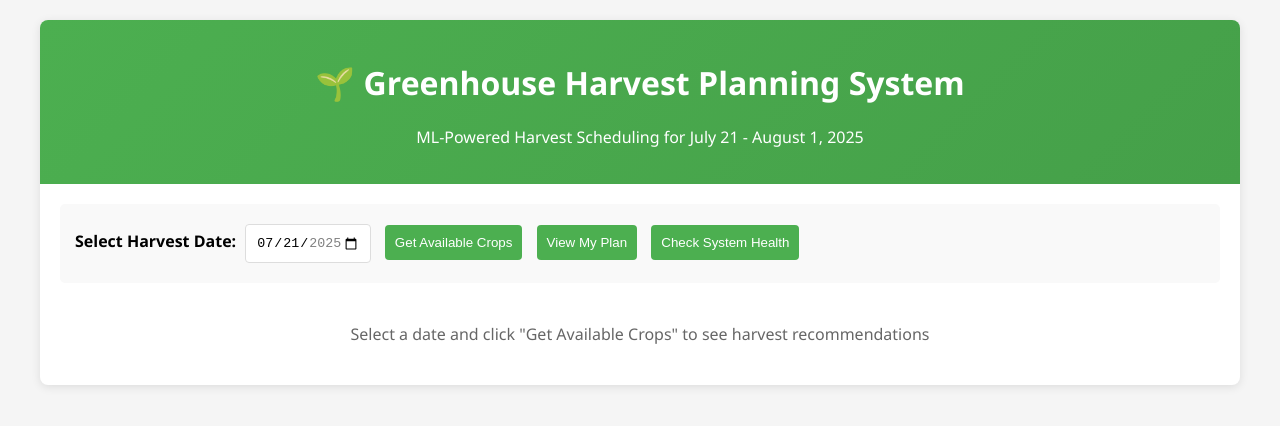
Repository: ishangupta3/GreenhouseHarvestStudy-Ishan-Gupta
Page: templates/index.html
An editor plug-in stored every save of this project. The page is shown before and after the next save, followed by the edit.
The browser window is 1280 px wide. The pictures show the whole page.

Above is the page before, as saved 2025-07-23 12:51:06.

### templates/index.html
<!DOCTYPE html>
<html lang="en">
<head>
    <meta charset="UTF-8">
    <meta name="viewport" content="width=device-width, initial-scale=1.0">
    <title>Greenhouse Harvest Planning System</title>
    <style>
        body {
            font-family: 'Segoe UI', Tahoma, Geneva, Verdana, sans-serif;
            margin: 0;
            padding: 20px;
            background-color: #f5f5f5;
        }
        .container {
            max-width: 1200px;
            margin: 0 auto;
            background: white;
            border-radius: 8px;
            box-shadow: 0 2px 10px rgba(0,0,0,0.1);
            overflow: hidden;
        }
        .header {
            background: linear-gradient(135deg, #4CAF50, #45a049);
            color: white;
            padding: 20px;
            text-align: center;
        }
        .content {
            padding: 20px;
        }
        .date-selector {
            margin-bottom: 20px;
            padding: 15px;
            background: #f9f9f9;
            border-radius: 5px;
        }
        .date-selector input, .date-selector button {
            padding: 10px;
            margin: 5px;
            border: 1px solid #ddd;
            border-radius: 4px;
        }
        .date-selector button {
            background: #4CAF50;
            color: white;
            border: none;
            cursor: pointer;
        }
        .date-selector button:hover {
            background: #45a049;
        }
        .crop-section {
            margin-bottom: 20px;
            border: 1px solid #ddd;
            border-radius: 5px;
            overflow: hidden;
        }
        .crop-header {
            background: #4CAF50;
            color: white;
            padding: 10px 15px;
            font-weight: bold;
        }
        .crop-content {
            padding: 15px;
        }
        .crop-grid {
            display: grid;
            grid-template-columns: repeat(auto-fill, minmax(300px, 1fr));
            gap: 10px;
        }
        .crop-item {
            background: #f9f9f9;
            padding: 10px;
            border-radius: 4px;
            border-left: 4px solid #4CAF50;
        }
        .crop-item h4 {
            margin: 0 0 5px 0;
            color: #333;
        }
        .crop-item p {
            margin: 2px 0;
            color: #666;
            font-size: 14px;
        }
        .summary {
            background: #e8f5e8;
            padding: 15px;
            border-radius: 5px;
            margin-bottom: 20px;
        }
        .summary h3 {
            margin-top: 0;
            color: #2e7d32;
        }
        .loading {
            text-align: center;
            padding: 20px;
            color: #666;
        }
        .error {
            background: #ffebee;
            color: #c62828;
            padding: 10px;
            border-radius: 4px;
            margin: 10px 0;
        }
        .add-to-plan-btn {
            background: #2196F3;
            color: white;
            border: none;
            padding: 5px 10px;
            border-radius: 3px;
            cursor: pointer;
            font-size: 12px;
            margin-top: 5px;
        }
        .add-to-plan-btn:hover {
            background: #1976D2;
        }
        .add-to-plan-btn:disabled {
            background: #ccc;
            cursor: not-allowed;
        }
        .plan-item {
            background: #e3f2fd;
            padding: 10px;
            border-radius: 4px;
            border-left: 4px solid #2196F3;
            margin: 5px 0;
        }
        .progress-bar {
            background: #e0e0e0;
            border-radius: 10px;
            height: 20px;
            margin: 5px 0;
            overflow: hidden;
        }
        .progress-fill {
            height: 100%;
            background: linear-gradient(90deg, #4CAF50, #45a049);
            transition: width 0.3s ease;
        }
        .target-met {
            background: linear-gradient(90deg, #4CAF50, #45a049) !important;
        }
        .target-warning {
            background: linear-gradient(90deg, #FF9800, #F57C00) !important;
        }
    </style>
</head>
<body>
    <div class="container">
        <div class="header">
            <h1>🌱 Greenhouse Harvest Planning System</h1>
            <p>ML-Powered Harvest Scheduling for July 21 - August 1, 2025</p>
        </div>

        <div class="content">
            <div class="date-selector">
                <label for="harvest-date"><strong>Select Harvest Date:</strong></label>
                <input type="date" id="harvest-date" value="2025-07-21" min="2025-07-21" max="2025-08-01">
                <button onclick="loadCrops()">Get Available Crops</button>
                <button onclick="loadCurrentPlan()">View My Plan</button>
                <button onclick="loadHealth()">Check System Health</button>
            </div>

            <div id="summary" class="summary" style="display: none;">
                <h3>📊 Summary</h3>
                <div id="summary-content"></div>
            </div>

            <div id="plan-summary" class="summary" style="display: none;">
                <h3>📋 My Harvest Plan</h3>
                <div id="plan-summary-content"></div>
            </div>

            <div id="results">
                <div class="loading">Select a date and click "Get Available Crops" to see harvest recommendations</div>
            </div>
        </div>
    </div>

    <script>
        async function loadCrops() {
            const date = document.getElementById('harvest-date').value;
            const resultsDiv = document.getElementById('results');
            const summaryDiv = document.getElementById('summary');

            resultsDiv.innerHTML = '<div class="loading">Loading available crops...</div>';
            summaryDiv.style.display = 'none';

            try {
                const response = await fetch(`/api/crops/${date}`);
                if (!response.ok) {
                    throw new Error(`HTTP error! status: ${response.status}`);
                }
                const data = await response.json();
                displayResults(data);
            } catch (error) {
                resultsDiv.innerHTML = `<div class="error">Error loading data: ${error.message}</div>`;
            }
        }

        function displayResults(data) {
            const resultsDiv = document.getElementById('results');
            const summaryDiv = document.getElementById('summary');
            const summaryContent = document.getElementById('summary-content');

            // Display summary
            summaryContent.innerHTML = `
                <p><strong>Date:</strong> ${data.date}</p>
                <p><strong>Total Available Crops:</strong> ${data.summary.total_available_crops}</p>
                <p><strong>Total Predicted Yield:</strong> ${data.summary.total_predicted_yield_kg} kg</p>
            `;
            summaryDiv.style.display = 'block';

            // Display crops by type
            let html = '';
            const cropTypes = ['LETTUCE', 'ARUGULA', 'SPINACH', 'KALE'];

            cropTypes.forEach(cropType => {
                const crops = data.crops[cropType] || [];
                if (crops.length > 0) {
                    html += `
                        <div class="crop-section">
                            <div class="crop-header">${cropType} (${crops.length} crops available)</div>
                            <div class="crop-content">
                                <div class="crop-grid">
                    `;

                    crops.slice(0, 10).forEach(crop => { // Show first 10 crops
                        const yieldKg = (crop.predicted_yield_g / 1000).toFixed(2);
                        const confidencePercent = (crop.confidence_score * 100).toFixed(1);

                        html += `
                            <div class="crop-item">
                                <h4>${crop.sub_crop}</h4>
                                <p><strong>Yield:</strong> ${yieldKg} kg</p>
                                <p><strong>Confidence:</strong> ${confidencePercent}%</p>
                                <p><strong>Plants:</strong> ${crop.num_plants}</p>
                                <p><strong>Location:</strong> House ${crop.house_number}, (${crop.x_position}, ${crop.y_position})</p>
                                <button class="add-to-plan-btn" onclick="addToPlan('${data.date}', ${crop.id}, '${cropType}', '${crop.sub_crop}', ${crop.predicted_yield_g}, ${crop.confidence_score}, ${crop.house_number}, ${crop.x_position}, ${crop.y_position})">
                                    Add to Plan
                                </button>
                            </div>
                        `;
                    });

                    if (crops.length > 10) {
                        html += `<p><em>... and ${crops.length - 10} more crops</em></p>`;
                    }

                    html += `
                                </div>
                            </div>
                        </div>
                    `;
                } else {
                    html += `
                        <div class="crop-section">
                            <div class="crop-header">${cropType}</div>
                            <div class="crop-content">
                                <p>No crops available for this date with high confidence predictions.</p>
                            </div>
                        </div>
                    `;
                }
            });

            resultsDiv.innerHTML = html;
        }

        async function loadHealth() {
            try {
                const response = await fetch('/api/health');
                const data = await response.json();
                alert(`System Health: ${data.status}\nDatabase: ${data.database}`);
            } catch (error) {
                alert(`Health check failed: ${error.message}`);
            }
        }

        async function loadCurrentPlan() {
            const date = document.getElementById('harvest-date').value;
            const planSummaryDiv = document.getElementById('plan-summary');
            const planContent = document.getElementById('plan-summary-content');

            planSummaryDiv.style.display = 'none';

            try {
                const response = await fetch(`/api/plans/${date}`);
                if (!response.ok) {
                    throw new Error(`HTTP error! status: ${response.status}`);
                }
                const data = await response.json();
                displayPlanSummary(data);
            } catch (error) {
                alert(`Error loading plan: ${error.message}`);
            }
        }

        function displayPlanSummary(data) {
            const planSummaryDiv = document.getElementById('plan-summary');
            const planContent = document.getElementById('plan-summary-content');

            if (data.items.length === 0) {
                planContent.innerHTML = '<p>No crops in your harvest plan for this date.</p>';
                planSummaryDiv.style.display = 'block';
                return;
            }

            let html = `<p><strong>Date:</strong> ${data.date}</p>`;
            html += `<p><strong>Total Items:</strong> ${data.summary.total_items}</p>`;
            html += `<p><strong>Total Yield:</strong> ${data.summary.total_yield_kg} kg</p>`;

            // Show target progress for each crop type
            const cropTypes = ['LETTUCE', 'ARUGULA', 'SPINACH', 'KALE'];
            cropTypes.forEach(cropType => {
                const progress = data.summary.target_progress[cropType];
                if (progress) {
                    const progressClass = progress.progress_percent >= 100 ? 'target-met' :
                                        progress.progress_percent >= 50 ? 'target-warning' : '';

                    html += `
                        <div style="margin: 10px 0;">
                            <p><strong>${cropType}:</strong> ${progress.current_kg} kg / ${progress.target_kg} kg (${progress.progress_percent}%)</p>
                            <div class="progress-bar">
                                <div class="progress-fill ${progressClass}" style="width: ${Math.min(100, progress.progress_percent)}%"></div>
                            </div>
                        </div>
                    `;
                }
            });

            // Show plan items
            html += '<h4>Selected Crops:</h4>';
            data.items.forEach(item => {
                const yieldKg = (item.planned_yield_g / 1000).toFixed(2);
                const confidencePercent = (item.confidence_score * 100).toFixed(1);

                html += `
                    <div class="plan-item">
                        <h5>${item.sub_crop} (${item.crop_type})</h5>
                        <p><strong>Yield:</strong> ${yieldKg} kg</p>
                        <p><strong>Confidence:</strong> ${confidencePercent}%</p>
                        <p><strong>Location:</strong> House ${item.house_number}, (${item.location_x}, ${item.location_y})</p>
                        <button class="add-to-plan-btn" style="background: #f44336;" onclick="removeFromPlan('${data.date}', ${item.crop_cycle_id})">
                            Remove from Plan
                        </button>
                    </div>
                `;
            });

            planContent.innerHTML = html;
            planSummaryDiv.style.display = 'block';
        }

        async function addToPlan(date, cropId, cropType, subCrop, yieldG, confidence, houseNumber, xPos, yPos) {
            try {
                const response = await fetch(`/api/plans/${date}/add`, {
                    method: 'POST',
                    headers: {
                        'Content-Type': 'application/json',
                    },
                    body: JSON.stringify({
                        crop_cycle_id: cropId,
                        crop_type: cropType,
                        sub_crop: subCrop,
                        planned_yield_g: yieldG,
                        confidence_score: confidence,
                        house_number: houseNumber,
                        location_x: xPos,
                        location_y: yPos
                    })
                });

                if (!response.ok) {
                    const errorData = await response.json();
                    throw new Error(errorData.detail || 'Failed to add to plan');
                }

                const result = await response.json();
                alert('Crop added to harvest plan!');

                // Refresh both the current plan display and the available crops list
                loadCurrentPlan();
                loadCrops();

            } catch (error) {
                alert(`Error adding to plan: ${error.message}`);
            }
        }

        async function removeFromPlan(date, cropId) {
            try {
                const response = await fetch(`/api/plans/${date}/remove/${cropId}`, {
                    method: 'DELETE'
                });

                if (!response.ok) {
                    const errorData = await response.json();
                    throw new Error(errorData.detail || 'Failed to remove from plan');
                }

                alert('Crop removed from harvest plan!');

                // Refresh both the current plan display and the available crops list
                loadCurrentPlan();
                loadCrops();

            } catch (error) {
                alert(`Error removing from plan: ${error.message}`);
            }
        }

        // Load initial data when page loads
        document.addEventListener('DOMContentLoaded', function() {
            // Set default date to July 21, 2025
            document.getElementById('harvest-date').value = '2025-07-21';
        });
    </script>
</body>
</html>

After the next save:
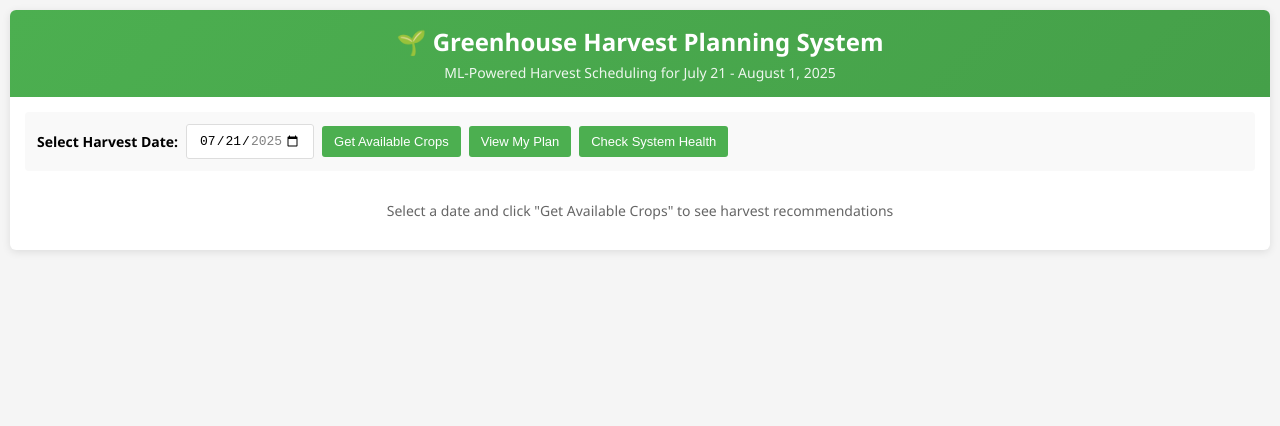
Saved 8 min 48 s later.
--- a/templates/index.html
+++ b/templates/index.html
@@ -8,103 +8,128 @@
         body {
             font-family: 'Segoe UI', Tahoma, Geneva, Verdana, sans-serif;
             margin: 0;
-            padding: 20px;
+            padding: 10px;
             background-color: #f5f5f5;
+            font-size: 14px;
         }
         .container {
-            max-width: 1200px;
+            max-width: 1400px;
             margin: 0 auto;
             background: white;
-            border-radius: 8px;
-            box-shadow: 0 2px 10px rgba(0,0,0,0.1);
+            border-radius: 6px;
+            box-shadow: 0 2px 8px rgba(0,0,0,0.1);
             overflow: hidden;
         }
         .header {
             background: linear-gradient(135deg, #4CAF50, #45a049);
             color: white;
-            padding: 20px;
+            padding: 15px;
             text-align: center;
         }
+        .header h1 {
+            margin: 0;
+            font-size: 24px;
+        }
+        .header p {
+            margin: 5px 0 0 0;
+            font-size: 14px;
+            opacity: 0.9;
+        }
         .content {
-            padding: 20px;
+            padding: 15px;
         }
         .date-selector {
-            margin-bottom: 20px;
-            padding: 15px;
+            margin-bottom: 15px;
+            padding: 12px;
             background: #f9f9f9;
-            border-radius: 5px;
+            border-radius: 4px;
+            display: flex;
+            align-items: center;
+            gap: 8px;
+            flex-wrap: wrap;
         }
         .date-selector input, .date-selector button {
-            padding: 10px;
-            margin: 5px;
+            padding: 8px 12px;
             border: 1px solid #ddd;
-            border-radius: 4px;
+            border-radius: 3px;
+            font-size: 13px;
         }
         .date-selector button {
             background: #4CAF50;
             color: white;
             border: none;
             cursor: pointer;
+            transition: background 0.2s;
         }
         .date-selector button:hover {
             background: #45a049;
         }
         .crop-section {
-            margin-bottom: 20px;
+            margin-bottom: 15px;
             border: 1px solid #ddd;
-            border-radius: 5px;
+            border-radius: 4px;
             overflow: hidden;
         }
         .crop-header {
             background: #4CAF50;
             color: white;
-            padding: 10px 15px;
+            padding: 8px 12px;
             font-weight: bold;
+            font-size: 14px;
         }
         .crop-content {
-            padding: 15px;
+            padding: 12px;
         }
         .crop-grid {
             display: grid;
-            grid-template-columns: repeat(auto-fill, minmax(300px, 1fr));
-            gap: 10px;
+            grid-template-columns: repeat(auto-fill, minmax(280px, 1fr));
+            gap: 8px;
         }
         .crop-item {
             background: #f9f9f9;
-            padding: 10px;
+            padding: 8px;
+            border-radius: 3px;
+            border-left: 3px solid #4CAF50;
+            font-size: 13px;
+        }
+        .crop-item h4 {
+            margin: 0 0 4px 0;
+            color: #333;
+            font-size: 14px;
+        }
+        .crop-item p {
+            margin: 1px 0;
+            color: #666;
+            font-size: 12px;
+        }
+        .summary {
+            background: #e8f5e8;
+            padding: 12px;
             border-radius: 4px;
-            border-left: 4px solid #4CAF50;
-        }
-        .crop-item h4 {
-            margin: 0 0 5px 0;
-            color: #333;
-        }
-        .crop-item p {
+            margin-bottom: 15px;
+        }
+        .summary h3 {
+            margin: 0 0 8px 0;
+            color: #2e7d32;
+            font-size: 16px;
+        }
+        .summary p {
             margin: 2px 0;
+            font-size: 13px;
+        }
+        .loading {
+            text-align: center;
+            padding: 15px;
             color: #666;
             font-size: 14px;
-        }
-        .summary {
-            background: #e8f5e8;
-            padding: 15px;
-            border-radius: 5px;
-            margin-bottom: 20px;
-        }
-        .summary h3 {
-            margin-top: 0;
-            color: #2e7d32;
-        }
-        .loading {
-            text-align: center;
-            padding: 20px;
-            color: #666;
         }
         .error {
             background: #ffebee;
             color: #c62828;
-            padding: 10px;
-            border-radius: 4px;
-            margin: 10px 0;
+            padding: 8px;
+            border-radius: 3px;
+            margin: 8px 0;
+            font-size: 13px;
         }
         .add-to-plan-btn {
             background: #2196F3;
